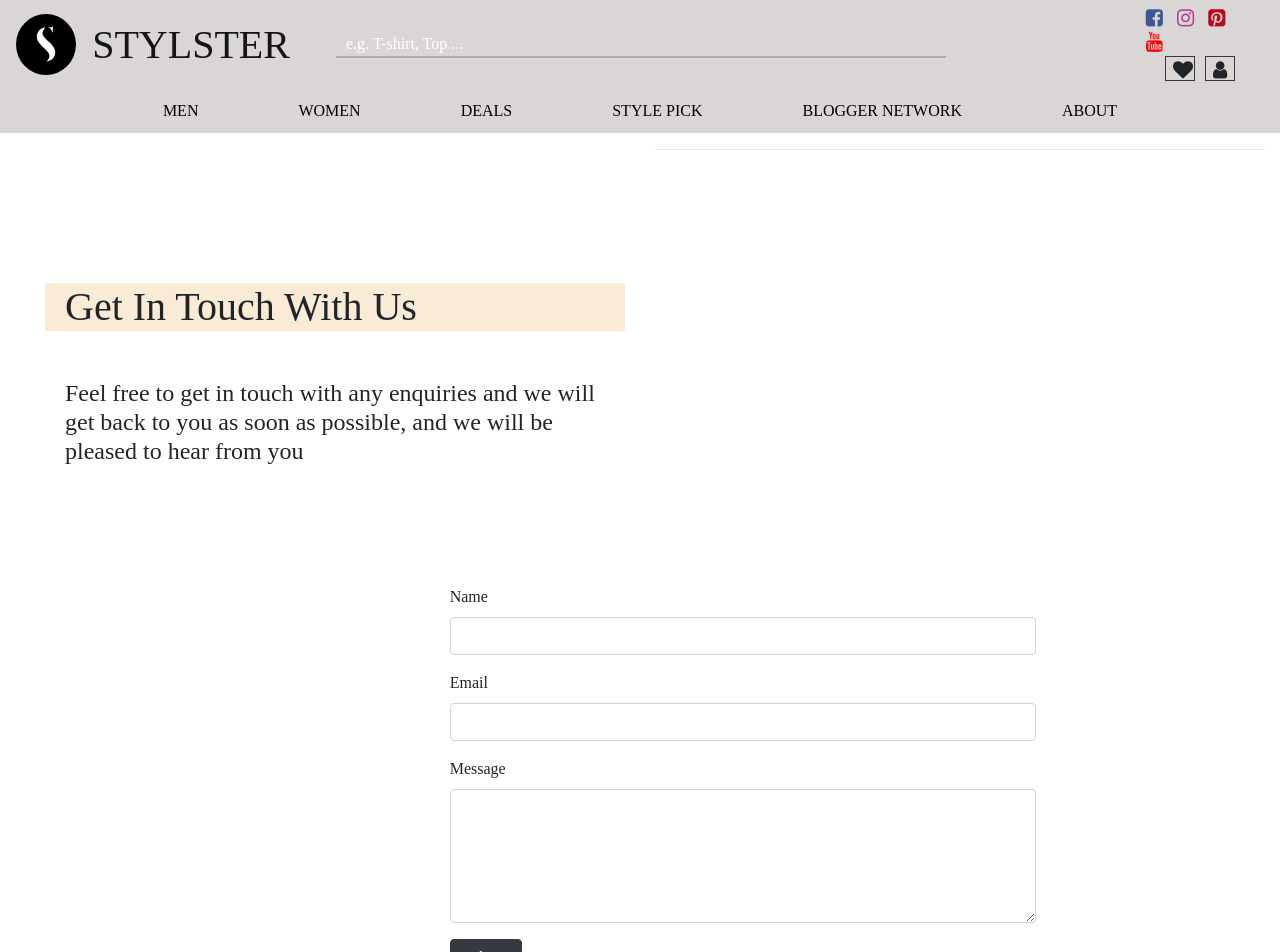
Repository: Lovekr/stylester
Page: stylster_frontend_design/contact.html
These files come from the project's save history. The page is drawn as it stood at one moment and after the next save; the edit follows.
The browser window is 1280 px wide. The pictures show the part of the page from y = 0 to 952 px (the page is 1689 px tall).
A picture or video elsewhere on the page could not be fetched, so the positions and the page height are approximate. Some web fonts or font styles are not loaded; a fallback is used.

Above is the page before, as saved 2020-02-26 15:20:51.

### stylster_frontend_design/contact.html
<!DOCTYPE html>
<html lang="en">
<head>
    <meta charset="UTF-8">
    <meta name="viewport" content="width=device-width, initial-scale=1.0">
    <link rel="stylesheet" href="https://stackpath.bootstrapcdn.com/bootstrap/4.4.1/css/bootstrap.min.css" >
     <link rel="stylesheet" href="./css/owl.carousel.css">
     <link rel="stylesheet" href="./css//owl.theme.default.min.css">
     <link rel="stylesheet" href="https://cdnjs.cloudflare.com/ajax/libs/font-awesome/4.7.0/css/font-awesome.min.css">
    <link rel="stylesheet" href="./css/contact.css">
    <title>STYLSTER</title>
</head>
<body>



    <div id="navbar">
        <nav class="navbar navbar-expand-lg navbar-light">
            <img class="pr-3"  src="./asset/stylster logo1-01.svg"><a class="navbar-brand" href="#">STYLSTER</a>

          <button class="navbar-toggler" type="button" data-toggle="collapse" data-target="#navbarSupportedContent" aria-controls="navbarSupportedContent" aria-expanded="false" aria-label="Toggle navigation">
            <span class="navbar-toggler-icon"></span>
        </button>
            <div class="collapse navbar-collapse" id="navbarSupportedContent">
              <input type="text" placeholder="e.g. T-shirt, Top ...">
              <div class="navbar-manu-inside">
                <a href="#">MEN</a>
                <a href="#">WOMEN</a>
                <a href="#">DEALS</a>
                <a href="#">STYLE PICK</a>
                <a href="#">BLOGGER NETWORK</a>
                <a href="#">ABOUT</a>
              </div>
              <div class="displaynone1000">
                <div>
                    <i class="fa fa-facebook-square"></i>
                    <i class="fa fa-instagram"></i>
                    <i class="fa fa-pinterest-square"></i>
                    <i class="fa fa-youtube"></i>
                  </div>
                  <div class="flexIcon">
                    <i class="fa fa-heart border border-dark"></i>
                    <i class="fa fa-user border border-dark"></i>
                  </div>
              </div>
            </div>

        </nav>
        <div class="navbar-manu">
          <a href="#">MEN</a>
          <a href="#">WOMEN</a>
          <a href="#">DEALS</a>
          <a href="#">STYLE PICK</a>
          <a href="#">BLOGGER NETWORK</a>
          <a href="#">ABOUT</a>
        </div>
    </div>





    <div class="container-fluid contactUs">
       <div class="row">
           <div class="col-md-6 col-sm-12">
                <div class="Touch">
                    <div class="bgpinK">
                        <h1 class=" my-5">Get In Touch With Us</h1>
                    </div>

                    <h4>Feel free to get in touch with any enquiries and we will get back to you as soon as possible, and we will be pleased to hear from you</h4>

                </div>
            </div>
           <div class="col-md-6 col-sm-12">
             <hr>
           </div>
       </div>
       <div class="row px-4">
           <div class="col-md-4 col-sm-12"></div>
           <div class="col-md-6 col-sm-12">
            <form>
                <div class="form-group">
                  <label for="exampleInputEmail1">Name</label>
                  <input type="email" class="form-control" id="exampleInputEmail1" aria-describedby="emailHelp" placeholder="Name">

                </div>
                <div class="form-group">
                  <label for="exampleInputPassword1">Email</label>
                  <input type="password" class="form-control" id="exampleInputPassword1" placeholder="Email">
                </div>
                <div class="form-group">
                    <label for="exampleFormControlTextarea1">Message</label>
                    <textarea class="form-control" id="exampleFormControlTextarea1" rows="5"></textarea>
                  </div>

                <button type="submit" class="btn btn-dark">Submit</button>
              </form>
           </div>
       </div>
    </div>

    <div id="Social" class="container">
        <div class="row">

                    <div class="col-md-4 col-sm-12">
                        <img class="img-fluid" src="https://images.unsplash.com/photo-1505156868547-9b49f4df4e04?ixlib=rb-1.2.1&ixid=eyJhcHBfaWQiOjEyMDd9&auto=format&fit=crop&w=359&q=80">
                    </div>
                    <div class="col-md-6 col-sm-12">
                        <div class="Touch">
                            <div class="bgpinK">
                                <h1 class=" my-3 text-center">Our Socials</h1>

                            </div>
                            <hr>
                            <h5>Feel free to get in touch with any enquiries and we will get back to you as soon as possible, and we will be pleased to hear from you</h4>

                            <h5>Feel free to get in touch with any enquiries and we will get back to you as soon as possible, and we will be pleased to hear from you</h4>

                            <h5>Feel free to get in touch with any enquiries and we will get back to you as soon as possible, and we will be pleased to hear from you</h5>

                        </div>
                        <div class="socialIcon text-center">
                            <h4>Follow Us</h4>

                           <div class="mt-4">
                            <a href="#"><i class="fa fa-facebook-square fa-2x pr-2"></i></a>
                            <a href="#"><i class="fa fa-instagram fa-2x pr-2"></i></a>
                            <a href="#"><i class="fa fa-pinterest-p fa-2x"></i></a>
                            <a href="#"><i class="fa fa-youtube fa-2x "></i></a>

                           </div>
                        </div>
                    </div>

        </div>
    </div>


    <br>
    <br>
    <br>
    <br>

    <br>
    <br>






    <script src="https://code.jquery.com/jquery-3.4.1.slim.min.js" ></script>
    <script src="https://cdn.jsdelivr.net/npm/popper.js@1.16.0/dist/umd/popper.min.js" ></script>
    <script src="https://stackpath.bootstrapcdn.com/bootstrap/4.4.1/js/bootstrap.min.js" ></script>
</body>
</html>

### stylster_frontend_design/css/contact.css
@import url('https://fonts.googleapis.com/css?family=Allerta+Stencil&display=swap');
html *
{
    font-family: 'Allerta Stencil';

}
*{
    margin: 0;
    padding: 0;
}
h1,h2,h3,h4,h5,h6,p{
    padding: 0px;
    margin: 0px;
}


/* navbar */

.hrcolor{
    color: black;
}


#navbar{
    background-color: rgb(218, 214, 214) !important;
}
#navbar .navbar-brand{
    font-size: 40px;
    font-weight: 500;
}
#navbar i{
    margin-right: 10px;
    font-size: 20px;
}

#navbar .nav-link{
    color: black;
    margin:0px 20px 0px 20px;
    text-decoration: underline;
    font-weight: 500;
}

.fa-facebook-square {
    color: #3b5998;
  }
.fa-instagram {
    color: #B43E8E;
}
.fa-pinterest-square {
    color: #bd081c;
}
.fa-pinterest-p {
    color: #bd081c;
}
.fa-youtube {
      color: #FF0000;
}
.fa-twitter-square {
    color: #1da1f2;
}

.flexIcon{
    display: flex;
    justify-content: center;
    width: 100%;
}
.flexIcon i{

   width: 30px;
   padding: 3px  7px;
   height: 25px;
}

#navbar input{
    width: 65%;
    margin:auto 200px auto 30px;
     outline: 0;
    border-width: 0 0 2px;
    border-color: rgb(179, 174, 174);
    background-color: rgb(218, 214, 214) !important;
}
::placeholder {
    color:white !important;
}
#navbar input:focus {
    border-color: black
  }
  #navbar input::placeholder{
      padding-left: 10px;
  }

.navbar-manu{
    display: flex;
    justify-content: center;
}
.navbar-manu a{
    margin: 10px 50px;
}
.navbar-manu a{
    color: black !important;
   font-weight: 500;
}
.navbar-manu a:hover{
    text-decoration: underline;
}
@media only screen and (min-width: 1000px){
    .navbar-manu-inside{
        display: none;
    }
}

@media only screen and (max-width: 1000px){
    .displaynone1000{
        display: none;
    }
    .navbar-manu{
        display: none;

    }

    .navbar-manu-inside {
        display: flex;
        flex-direction: column;
        margin: 20px 0px 20px 30px;
        padding: 20px 0px;
    }

    .navbar-manu-inside a{
            margin: 10px 0px;
            color: black !important;
            font-weight: 500;
    }

}
@media only screen and (max-width: 1024px){
    #navbar input {
    width: 50%;
    }
    .navbar-manu a {
        margin: 10px 20px;
    }
}

@media only screen and (max-width: 770px){
    #navbar input {
        width: 70%;
    }
}

@media only screen and (max-width: 450px){
    #navbar input {
        width: 100%;
        margin:auto;
        margin-top: 15px;
    }
}













@media only screen and (max-width: 500px){
   .bgpinK h1{
    font-size: 30px;
}


}


  .contactUs .Touch{
    margin-top: 150px ;
    padding-left: 30px;

  }

  .contactUs .Touch .bgpinK{
      background-color: antiquewhite;
  }

  .contactUs .Touch h1, .contactUs .Touch h4{
      padding-left: 20px;
  }
  form{
      margin-top: 120px;
  }
  #Social{
      margin-top: 150px;
  }
  #Social h5{
      padding-bottom: 30px;
  }
.Touch .bgpinK{
    background-color: antiquewhite;
}

Loaded but not shown: stylster_frontend_design/css/owl.carousel.css (library); stylster_frontend_design/css/owl.theme.default.min.css (common file)

After the next save:
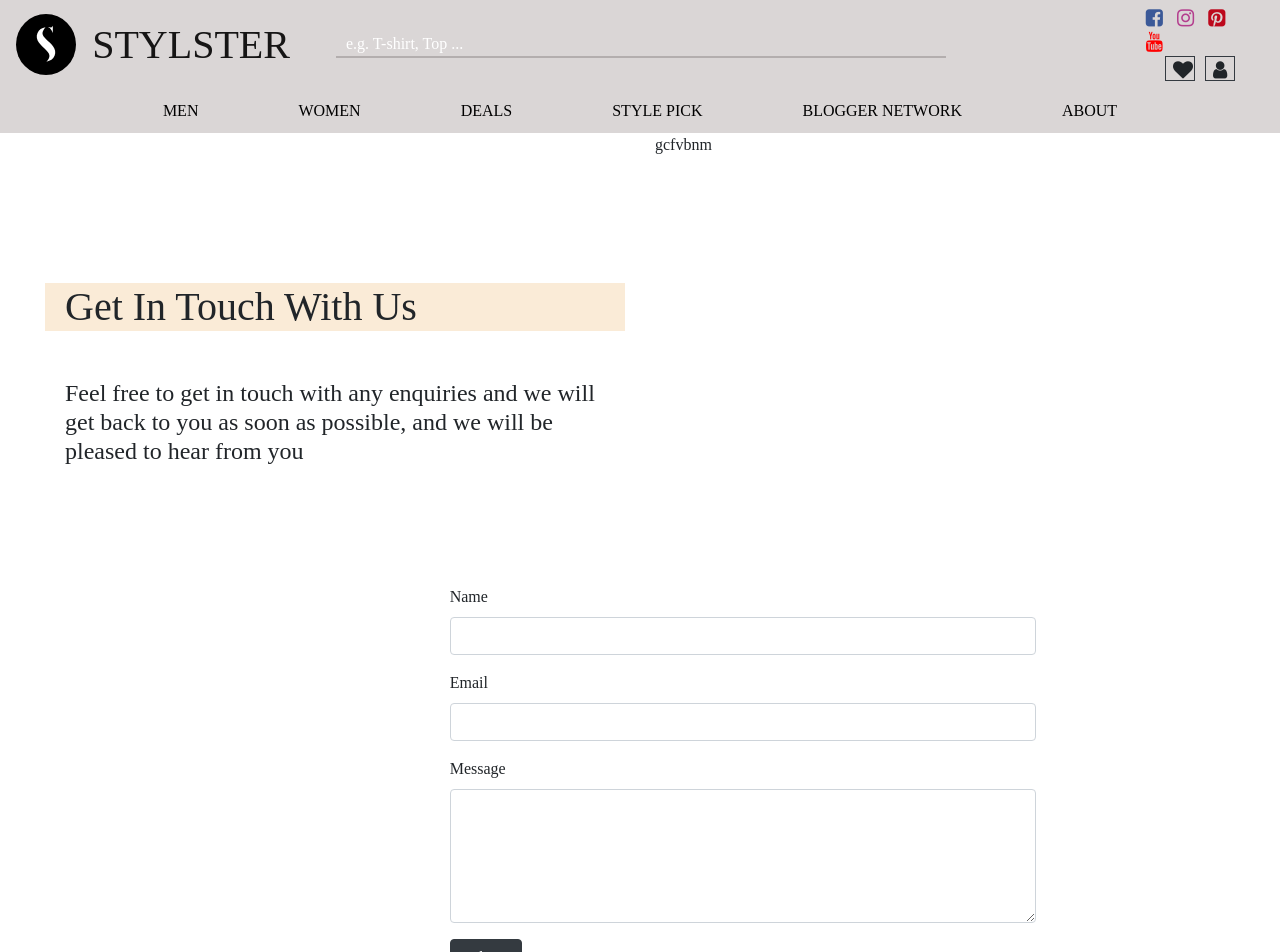
Saved 30 s later.
--- a/stylster_frontend_design/contact.html
+++ b/stylster_frontend_design/contact.html
@@ -73,7 +73,8 @@
                 </div>
             </div>
            <div class="col-md-6 col-sm-12">
-             <hr>
+
+             gcfvbnm
            </div>
        </div>
        <div class="row px-4">
